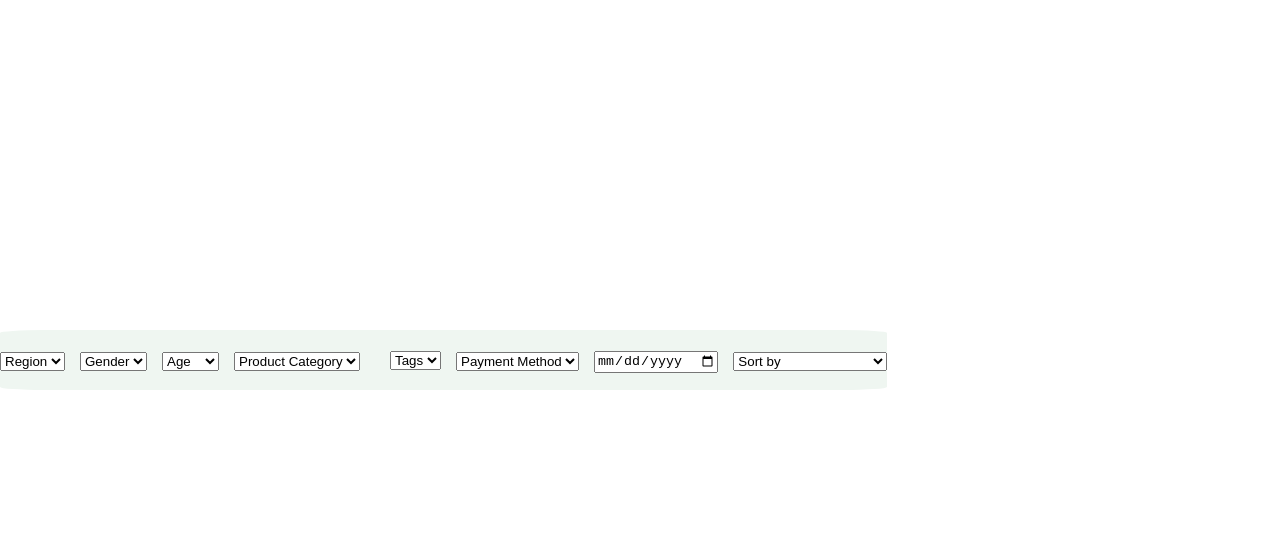
Repository: SandeepYadav18717/TruEstae
Page: / (app in TruEstae/)
These files come from the project's save history. The page is drawn as it stood at one moment and after the next save; the edit follows.
The browser window is 1280 px wide. The pictures show the whole page.
The project was rebuilt for these pictures with package versions that can differ from the ones it lists, and the page was loaded fresh each time. Also part of the build but not shown: TruEstae/vite.config.js, TruEstae/src/App.css, TruEstae/src/Styles/Logo.css, TruEstae/src/Pages/Logo.jsx, TruEstae/src/Styles/search_bar.css, TruEstae/src/components/search_bar.jsx.

Above is the page before, as saved 2025-12-07 00:59:36.

After the next save:
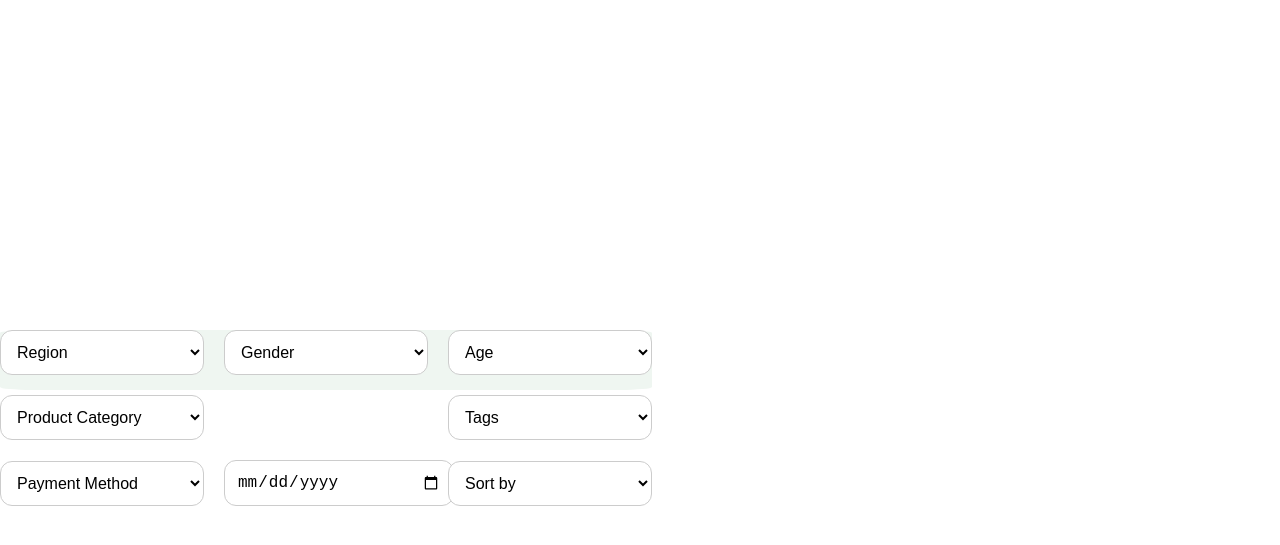
Saved 98 s later.
--- a/TruEstae/src/Styles/Home.css
+++ b/TruEstae/src/Styles/Home.css
@@ -10,3 +10,48 @@
   width: 100%;
   border-radius: 5%;
 }
+/* Main Container Layout */
+.Container_Ui {
+  display: grid;
+  grid-template-columns: repeat(3, 1fr);
+  gap: 20px;
+  max-width: 900px;
+  margin: 20px auto;
+}
+
+/* All dropdowns */
+select {
+  width: 100%;
+  padding: 12px;
+  border-radius: 12px;       /* curved corners */
+  border: 1px solid #ccc;
+  background: #fff;
+  font-size: 16px;
+  outline: none;
+  cursor: pointer;
+  transition: 0.2s;
+}
+
+/* Dropdown hover effect */
+select:hover {
+  border-color: #4a6cf7;
+  box-shadow: 0 0 8px rgba(74, 108, 247, 0.2);
+}
+
+/* Date input curved */
+input[type="date"] {
+  width: 100%;
+  padding: 12px;
+  border-radius: 12px;       /* curved corners */
+  border: 1px solid #ccc;
+  background: #fff;
+  font-size: 16px;
+  outline: none;
+  transition: 0.2s;
+}
+
+/* Hover effect for date input */
+input[type="date"]:hover {
+  border-color: #4a6cf7;
+  box-shadow: 0 0 8px rgba(74, 108, 247, 0.2);
+}
